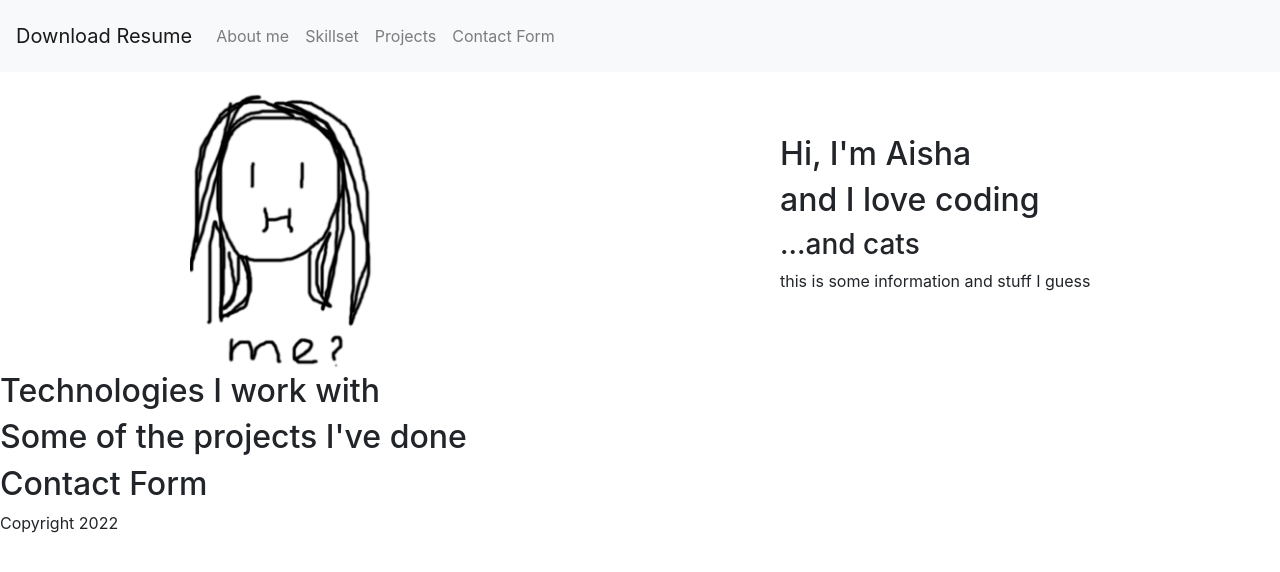
Repository: aishakapan/portfolio
Page: index.html
The author's editor kept a copy of each file at every save. The page is drawn from the files as they stood at one save, then again after the next save.
The browser window is 1280 px wide. The pictures show the whole page.
Some web libraries are served in a nearby version.

Above is the page before, as saved 2022-08-18 18:57:32.

### index.html
<!DOCTYPE html>
<html lang="en">
<head>
    <meta charset="UTF-8">
    <meta http-equiv="X-UA-Compatible" content="IE=edge">
    <meta name="viewport" content="width=device-width, initial-scale=1.0">
    <!-- bootstrap links -->
    <link rel="stylesheet" href="/styles/index.css">
    <link rel="stylesheet" href="https://cdn.jsdelivr.net/npm/bootstrap@4.0.0/dist/css/bootstrap.min.css" integrity="sha384-Gn5384xqQ1aoWXA+058RXPxPg6fy4IWvTNh0E263XmFcJlSAwiGgFAW/dAiS6JXm" crossorigin="anonymous">
    <title>Aisha Kapan</title>
</head>
<body>

    <nav class="navbar navbar-expand-lg navbar-light bg-light">
        <a class="navbar-brand" href="#">Download Resume</a>
        <div class="navbar-text justify-content-end">
            <div class="navbar-nav">
                <a class="nav-item nav-link" href="#">About me</a>
                <a class="nav-item nav-link" href="#">Skillset </a>
                <a class="nav-item nav-link" href="#">Projects</a>
                <a class="nav-item nav-link" href="#">Contact Form</a>
            </div>
        </div>
    </nav>

    <main>
        <div class="about-container">
        <img src="img/temp.png" alt="my photo" class="about-item pfp">
        <article class="about-item">
            <h2>Hi, I'm Aisha</h2>
            <h2>and I love coding</h2>
            <!-- this will be changing text animation -->
            <h3>...and cats</h3>
            <p>this is some information and stuff I guess</p>
        </article>
        </div>
            <!-- bg image with a cat and hobbies  -->

        <section>
        <h2>Technologies I work with</h2>
            <!-- images/icons -->
        </section>

        <section>
            <h2>Some of the projects I've done</h2>
            <!-- image with descriptions and links -->
        </section>

        <section>
            <h2>Contact Form</h2>
            <!-- First/Last name/message form directed to my e-mail-->
        </section>




    </main>
    <footer>
        Copyright 2022
    </footer>
    <script src="https://code.jquery.com/jquery-3.2.1.slim.min.js" integrity="sha384-KJ3o2DKtIkvYIK3UENzmM7KCkRr/rE9/Qpg6aAZGJwFDMVNA/GpGFF93hXpG5KkN" crossorigin="anonymous"></script>
    <script src="https://cdn.jsdelivr.net/npm/popper.js@1.12.9/dist/umd/popper.min.js" integrity="sha384-ApNbgh9B+Y1QKtv3Rn7W3mgPxhU9K/ScQsAP7hUibX39j7fakFPskvXusvfa0b4Q" crossorigin="anonymous"></script>
    <script src="https://cdn.jsdelivr.net/npm/bootstrap@4.0.0/dist/js/bootstrap.min.js" integrity="sha384-JZR6Spejh4U02d8jOt6vLEHfe/JQGiRRSQQxSfFWpi1MquVdAyjUar5+76PVCmYl" crossorigin="anonymous"></script>
  </body>
</body>
</html>

### styles/index.css
* {
    margin: 0;
    padding: 0;
}

.nav-container {
    display: flex;
    background-color: blueviolet;
    justify-content: space-between;
}


.about-container {
    display: flex;
    flex-wrap: wrap;
    justify-content: space-around;
    align-items: center;

}

.about-item {
    flex-basis: 1;
}


.pfp {
    max-width: 300px;
    max-height: 300px;
}

After the next save:
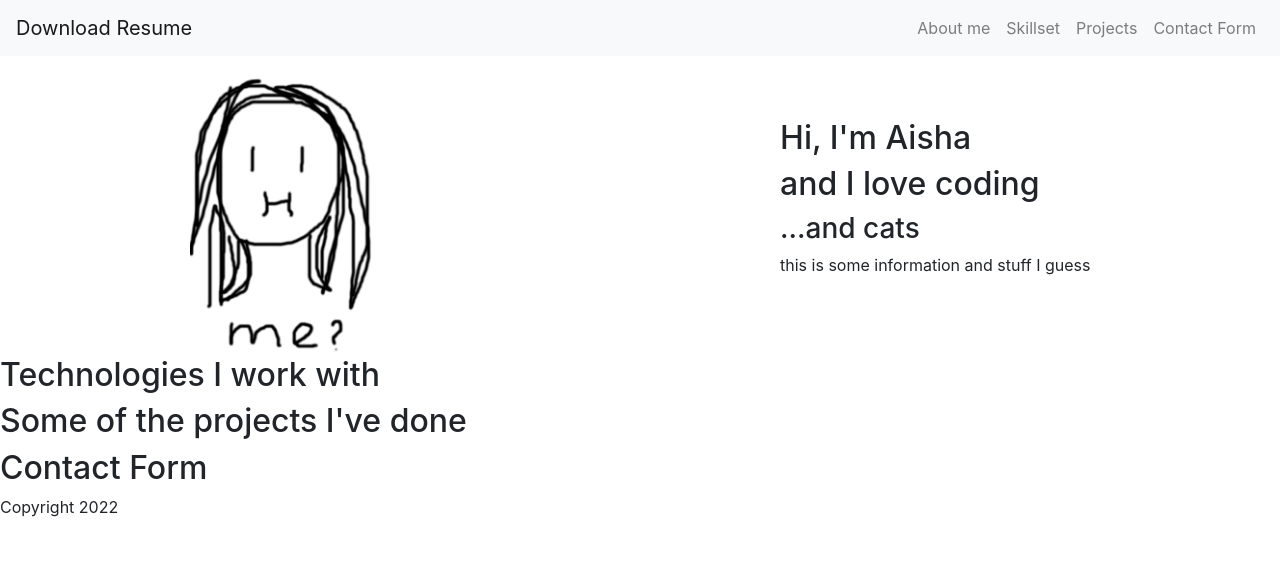
Saved 24 s later.
--- a/index.html
+++ b/index.html
@@ -13,7 +13,7 @@
 
     <nav class="navbar navbar-expand-lg navbar-light bg-light">
         <a class="navbar-brand" href="#">Download Resume</a>
-        <div class="navbar-text justify-content-end">
+        <div class="collapse navbar-collapse justify-content-end">
             <div class="navbar-nav">
                 <a class="nav-item nav-link" href="#">About me</a>
                 <a class="nav-item nav-link" href="#">Skillset </a>
